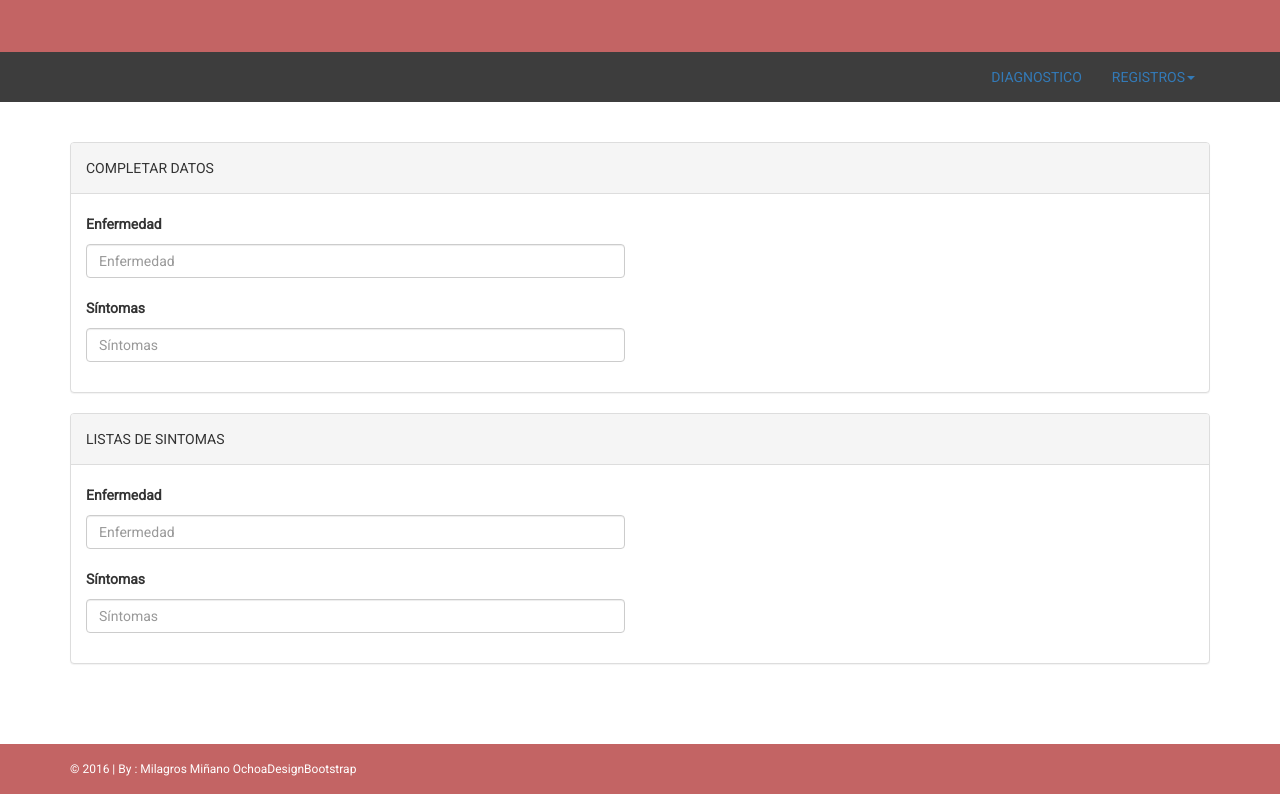
Repository: Mili10/PROYECTOII
Page: http://localhost/Capa_Presentación/frmRegistroSintoma.jsp
An editor plug-in stored every save of this project. The page is shown before and after the next save, followed by the edit.
The browser window is 1280 px wide. The pictures show the whole page.
The page is served by Tomcat 9.

Above is the page before, as saved 2016-05-16 05:58:36.

### sistema_experto_web/Capa_Presentación/WebContent/frmRegistroSintoma.jsp
<%@ page language="java" contentType="text/html; charset=ISO-8859-1"
    pageEncoding="ISO-8859-1"%>
<!DOCTYPE html PUBLIC "-//W3C//DTD HTML 4.01 Transitional//EN" "http://www.w3.org/TR/html4/loose.dtd">
<html>
<head>
<meta http-equiv="Content-Type" content="text/html; charset=ISO-8859-1">
<title>Insert title here</title>
	<link href="Plantilla/css/bootstrap.css" rel="stylesheet" />
    <link href="Plantilla/css/font-awesome.css" rel="stylesheet" />
    <link href="Plantilla/css/style.css" rel="stylesheet" />
</head>
<body>
	<jsp:include page="includes/masterHeader.jsp"></jsp:include>
	<div class="content-wrapper">
		<div class="container">
			<div class="panel panel-default">
	             <div class="panel-heading">
	               COMPLETAR DATOS
	             </div>
	              <div class="row">
		             <div class="panel-body">
		             	<div class="col-md-6">
						  <form>
						  <div class="form-group">
						    <label for="exampleInputEmail1">Enfermedad</label>
						    <input type="text" class="form-control" placeholder="Enfermedad">
						  </div>
						  <div class="form-group">
						    <label for="exampleInputPassword1">Síntomas</label>
						    <input type="text" class="form-control" placeholder="Síntomas">
						  </div>
						 </form>
						</div>
					  </div>
				  </div>
	         </div>

	         <div class="panel panel-default">
	             <div class="panel-heading">
	               LISTAS DE SINTOMAS
	             </div>
	              <div class="row">
		             <div class="panel-body">
		             	<div class="col-md-6">
						  <form>
						  <div class="form-group">
						    <label for="exampleInputEmail1">Enfermedad</label>
						    <input type="text" class="form-control" placeholder="Enfermedad">
						  </div>
						  <div class="form-group">
						    <label for="exampleInputPassword1">Síntomas</label>
						    <input type="text" class="form-control" placeholder="Síntomas">
						  </div>
						 </form>
						</div>
					  </div>
				  </div>
	         </div>

	      </div>
      </div>


	<jsp:include page="includes/masterFooter.jsp"></jsp:include>

	<script src="Plantilla/js/jquery-1.11.1.js"></script>
    <script src="Plantilla/js/bootstrap.js"></script>
</body>
</html>

### sistema_experto_web/Capa_Presentación/WebContent/includes/masterHeader.jsp
    <div class="navbar navbar-inverse set-radius-zero">
        <div class="container">
            <div class="navbar-header">
                <button type="button" class="navbar-toggle" data-toggle="collapse" data-target=".navbar-collapse">
                    <span class="icon-bar"></span>
                    <span class="icon-bar"></span>
                    <span class="icon-bar"></span>
                </button>
                <a class="navbar-brand" href="index.html">

                </a>

            </div>

        </div>
    </div>
    <!-- LOGO HEADER END-->
    <section class="menu-section">
        <div class="container">
            <div class="row">
                <div class="col-md-12">
                    <div class="navbar-collapse collapse">
                        <ul class="nav navbar-nav navbar-right">
                            <li><a href="frmCuestionario.jsp">DIAGNOSTICO</a></li>
                            <li class="dropdown">
                            	<a href="#" class="dropdown-toggle" data-toggle="dropdown" role="button" aria-haspopup="true" aria-expanded="false">REGISTROS<span class="caret"></span></a>
                            	<ul class="dropdown-menu">
						            <li><a href="frmRegistroSintoma.jsp" role="button">SINTOMA</a></li>
						        </ul>
                            </li>
                        </ul>
                    </div>
                </div>

            </div>
        </div>
    </section>

### sistema_experto_web/Capa_Presentación/WebContent/includes/masterFooter.jsp
<!-- CONTENT-WRAPPER SECTION END-->
    <footer>
        <div class="container">
            <div class="row">
                <div class="col-md-12">
                    &copy; 2016 | By : Milagros Miñano Ochoa<a href="http://www.designbootstrap.com/" target="_blank">DesignBootstrap</a>
                </div>

            </div>
        </div>
    </footer>

### sistema_experto_web/Capa_Presentación/WebContent/Plantilla/css/style.css

/*=============================================================
    Authour URL: www.designbootstrap.com

    http://www.designbootstrap.com/

    License: MIT

    http://opensource.org/licenses/MIT

    100% Free To use For Personal And Commercial Use.

    IN EXCHANGE JUST TELL PEOPLE ABOUT THIS WEBSITE

========================================================  */


/* =============================================================
   GENERAL STYLES
 ============================================================ */

@import url(http://fonts.googleapis.com/css?family=Roboto); /* FREE GOOGLE FONT */

body {
    font-family: 'Roboto', sans-serif;
    line-height: 30px;
}

.set-radius-zero {
    border-radius: 0px;
    -moz-border-radius: 0px;
    -webkit-border-radius: 0px;
}

.content-wrapper {
    margin-top: 40px;
    min-height: 600px;
    padding-bottom: 60px;
}

.page-head-line {
    font-weight: 900;
    padding-bottom: 20px;
    border-bottom: 2px solid #F0677C;
    text-transform: uppercase;
    color: #F0677C;
    font-size: 20px;
    margin-bottom: 40px;
}

.btn {
    border-radius: 0px;
    -webkit-border-radius: 0px;
    -moz-border-radius: 0px;
}

.progress {
    height: 8px;
    border-radius: 0px;
    -webkit-border-radius: 0px;
    -moz-border-radius: 0px;
}
.login-icon {
    height: 60px;
width: 60px;
padding: 13px;
border-radius: 50%;
font-size: 30px;
margin-bottom: 20px;
color: #fff;
text-align: center;
cursor:pointer;
background-color:#F0677C;
-webkit-border-radius:50%;
    -moz-border-radius:50%;
}
/* =============================================================
   HEADER SECTION STYLES
 ============================================================ */
header {
    background-color: #F0677C;
    color: #fff;
    padding: 10px;
    text-align: right;
}


/* =============================================================
   LOGO SECTION STYLES
 ============================================================ */
.left-div {
    padding-left: 30px;
    margin-top: 40px;
    margin-bottom: 30px;
}

.navbar-brand {
    width: 250px;
    padding-top: 30px;
}

/* USER SETTINGS DIV */
.user-settings-wrapper .nav > li > a {
    position: relative;
    display: block;
    padding: 15px 18px;
    border-radius: 50%;
    -webkit-border-radius: 50%;
    -moz-border-radius: 50%;
    height: 60px;
    width: 60px;
    background-color: #F0677C;
    color: #fff;
}

.user-settings-wrapper {
    margin-top: 10px;
}

    .user-settings-wrapper li {
        display: inline-block;
    }

    .user-settings-wrapper .dropdown-settings {
        width: 200px;
        padding: 10px;
    }

    .user-settings-wrapper .nav > li > a:hover,.user-settings-wrapper .nav > li > a:focus {
        text-decoration: none;
        background-color: #C36464!important;
    }

    .user-settings-wrapper img {
        height: 64px;
        width: 64px;
        border: 1px solid #000000;
    }

    .user-settings-wrapper .dropdown-menu {
        margin: 0px;
        border-radius: 0px!important;
        -moz-border-radius: 0px!important;
        -webkit-border-radius: 0px!important;
    }

    .user-settings-wrapper .btn {
        border-radius: 0px!important;
        -moz-border-radius: 0px!important;
        -webkit-border-radius: 0px!important;
    }

    .user-settings-wrapper .media-heading {
        padding-top: 10px;
    }

/* MENU LINKS SECTION*/

.menu-section {
    background-color: #3D3D3D;
}

#menu-top a {
    color: #FFF;
    text-decoration: none;
    font-weight: 500;
    padding: 10px 10px 10px 10px;
    text-transform: uppercase;
}

.menu-top-active {
    background-color: #C36464;
}

.menu-section .nav > li > a:hover,.menu-section .nav > li > a:focus {
    background-color: #F0677C!important;
}

.menu-section .dropdown-menu > li > a:hover,.menu-section .dropdown-menu > li > a:focus {
    background-color: #F0677C!important;
}

.navbar-inverse {
    background-color: #C36464;
    border-color: transparent;
}

.navbar-toggle {
    background-color: #F0677C;
    border: 1px solid #fff;
}

.navbar {
    margin-bottom: 0px;
}
/* =============================================================
   FOOTER SECTION STYLES
 ============================================================ */
footer {
    padding: 10px;
    color: #fff;
    font-size: 12px;
    background-color: #C36464;
}

    footer a, footer a:hover {
        color: #fff;
        text-decoration: none;
    }

/*==============================================
    DASHBOARD  STYLES
 =============================================*/

/* DASHBOARD ICONS */

.bk-clr-one {
    background-color: #B9B739;
}

.bk-clr-two {
    background-color: #F94C4C;
}

.bk-clr-three {
    background-color: #119c7e;
}

.bk-clr-four {
    background-color: #b739b9;
}

.dashboard-div-icon {
    height: 75px;
    width: 75px;
    border: 2px solid #fff;
    padding: 20px;
    border-radius: 50%;
    -webkit-border-radius:50%;
    -moz-border-radius:50%;
    font-size: 30px;
    margin-bottom: 20px;
    color: #fff;
}

.dashboard-div-wrapper {
    border-radius: 5px;
    text-align: center;
    padding: 15px;
    color: #fff;
    margin-bottom: 50px;
}

    .dashboard-div-wrapper .progress {
        height: 2px;
    }

/* NOTICE BOARD */


.notice-board .panel {
    border-radius: 0px;
    -webkit-border-radius: 0px;
    -moz-border-radius: 0px;
}

.notice-board ul {
    padding-left: 0px;
    list-style: none;
}

.notice-board li {
    padding: 10px;
    border-bottom: 1px solid #E5E5E5;
}

    .notice-board li span {
        margin-right: 10px;
        border: 1px solid #DBDBDB;
        padding: 5px;
    }

    .notice-board li a, li a:hover {
        text-decoration: none;
        color: #000;
    }

/* SOCIAL BUTTONS */
.btn-social {
    color: white;
    opacity: 0.8;
}

    .btn-social:hover {
        color: white;
        opacity: 1;
        text-decoration: none;
    }

.btn-facebook {
    background-color: #3b5998;
}

.btn-twitter {
    background-color: #00aced;
}

.btn-linkedin {
    background-color: #0e76a8;
}

.btn-google {
    background-color: #c32f10;
}

Loaded but not shown: sistema_experto_web/Capa_Presentación/WebContent/Plantilla/css/bootstrap.css (library); sistema_experto_web/Capa_Presentación/WebContent/Plantilla/css/font-awesome.css (library); sistema_experto_web/Capa_Presentación/WebContent/Plantilla/js/jquery-1.11.1.js (library); sistema_experto_web/Capa_Presentación/WebContent/Plantilla/js/bootstrap.js (library)

After the next save:
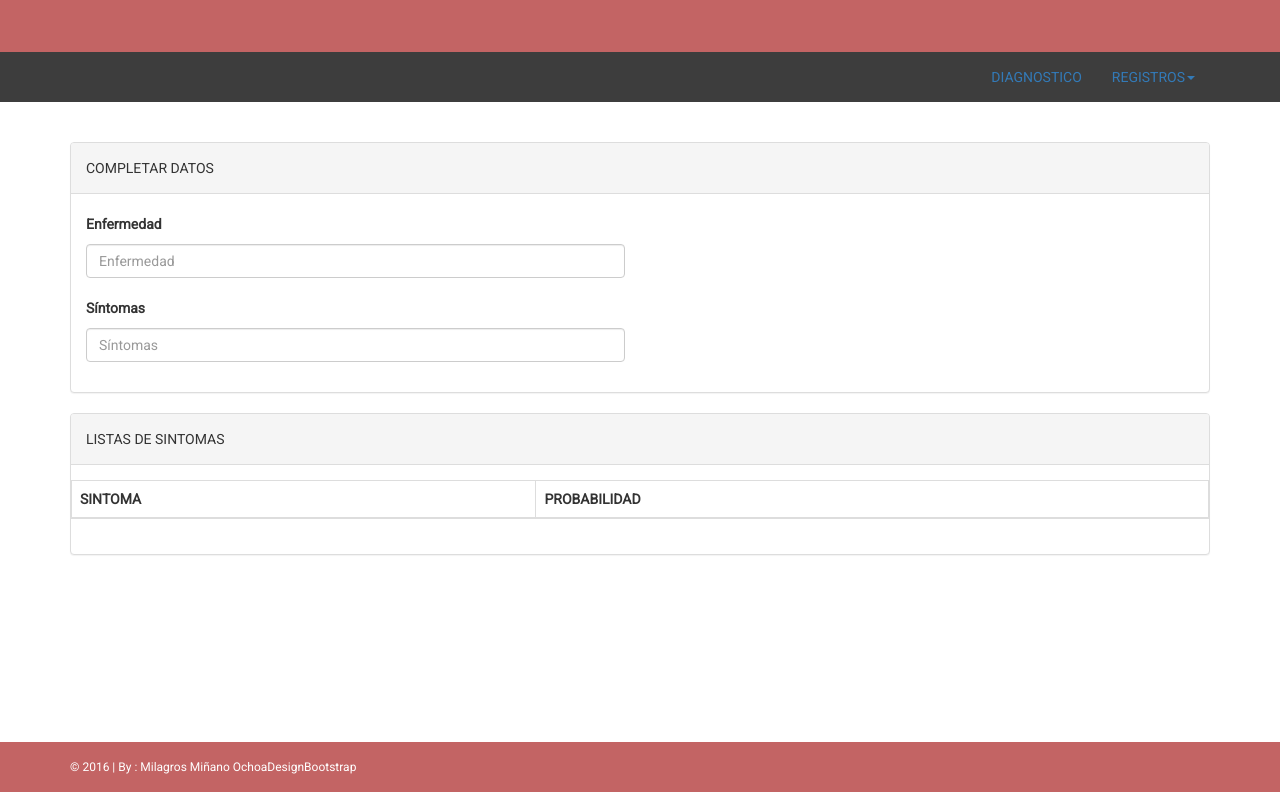
Saved 8 min 59 s later.
--- a/sistema_experto_web/Capa_Presentación/WebContent/frmRegistroSintoma.jsp
+++ b/sistema_experto_web/Capa_Presentación/WebContent/frmRegistroSintoma.jsp
@@ -41,18 +41,19 @@
 	             </div>
 	              <div class="row">
 		             <div class="panel-body">
-		             	<div class="col-md-6">
-						  <form>
-						  <div class="form-group">
-						    <label for="exampleInputEmail1">Enfermedad</label>
-						    <input type="text" class="form-control" placeholder="Enfermedad">
-						  </div>
-						  <div class="form-group">
-						    <label for="exampleInputPassword1">Síntomas</label>
-						    <input type="text" class="form-control" placeholder="Síntomas">
-						  </div>
-						 </form>
-						</div>
+		             	<div class="table-responsive">
+                                <table class="table table-striped table-bordered table-hover">
+                                    <thead>
+                                        <tr>
+                                            <th>SINTOMA</th>
+                                            <th>PROBABILIDAD</th>
+                                        </tr>
+                                    </thead>
+                                    <tbody>
+
+                                    </tbody>
+                                </table>
+                            </div>
 					  </div>
 				  </div>
 	         </div>
